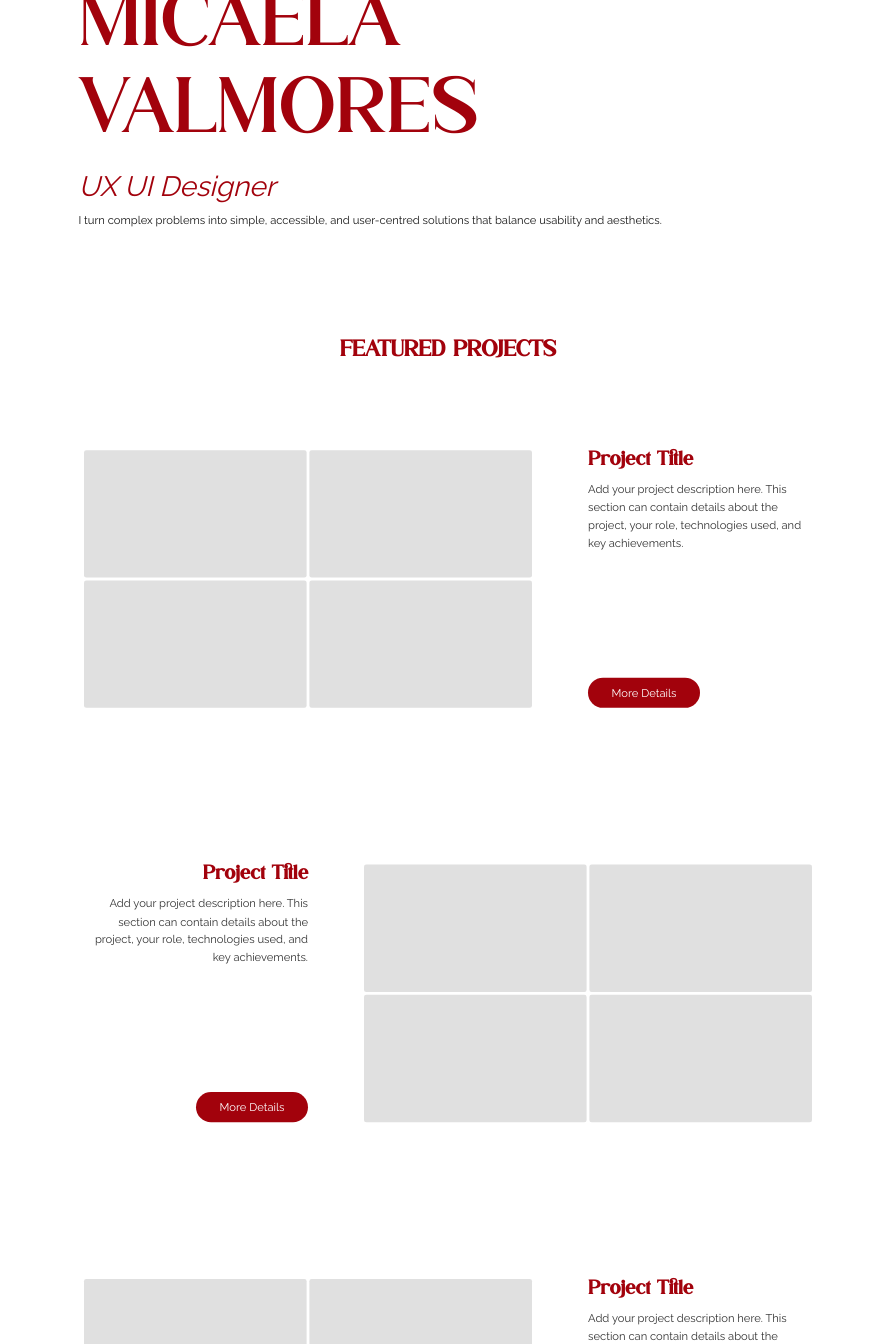
Repository: Micaelavalmores/Micaela-Portfolio
Page: /
The author's editor kept a copy of each file at every save. The page is drawn from the files as they stood at one save, then again after the next save.
The browser window is 1280 px wide. The pictures show the part of the page from y = 373 to 2293 px (the page is 2792 px tall before and 2808 px after), at 70% of full size.
The project was rebuilt for these pictures with package versions that can differ from the ones it lists, and the page was loaded fresh each time. The framework's server and built-in components were replaced by stand-ins that run in the browser. Also part of the build but not shown: next.config.mjs.

Above is the page before, as saved 2026-01-27 13:40:47.

### app/layout.js

import { Geist } from "next/font/google";
import { Raleway } from "next/font/google";
import "./globals.css";

const geistSans = Geist({
  variable: "--font-geist-sans",
  subsets: ["latin"],
});

const raleway = Raleway({
  variable: "--font-raleway",
  subsets: ["latin"],
});



export const metadata = {
  title: "Micaela Valmores",
  description: "Generated by create next app",
  icons: {
    icon: "/logos/micaela-logo.svg",
  },
};

export default function RootLayout({ children }) {
  return (
    <html lang="en">
      <body className={`${raleway.variable}`}>
        {children}
      </body>
    </html>
  );
}

### app/page.js
import Image from "next/image";
import styles from "./page.module.css";
import HomePage from "./home-page/page";

export default function Home() {
  return (
    <div className={styles.page}>
      <HomePage />
    </div>
  );
}

### app/globals.css
:root {
  --background: #ffffff;
  --foreground: #171717;
  --font-ghaista: 'Ghaista', var(--font-raleway);
}

@font-face {
  font-family: 'Ghaista';
  src: url('/fonts/Ghaitsa.ttf') format('truetype');
  font-weight: 400;
  font-style: normal;
  font-display: swap;
}

@media (prefers-color-scheme: dark) {
  :root {
    --background: #0a0a0a;
    --foreground: #ffffff;
  }
}

html,
body {
  max-width: 100vw;
  overflow-x: hidden;
}

body {
  color: var(--foreground);
  background: var(--background);
  font-family: var(--font-raleway);
  -webkit-font-smoothing: antialiased;
  -moz-osx-font-smoothing: grayscale;
}

* {
  box-sizing: border-box;
  padding: 0;
  margin: 0;
}

a {
  color: inherit;
  text-decoration: none;
}

@media (prefers-color-scheme: dark) {
  html {
    color-scheme: dark;
  }
}

/* Horizontal page margins */
body {
  margin-left: 10rem;
  margin-right: 10rem;
}

/* Tablet: screens between iPhone and iPad */
@media (min-width: 430px) and (max-width: 1024px) {
  body {
    margin-left: 4rem;
    margin-right: 4rem;
  }
}

/* iPad Pro 13in — reduce margins to 7rem */
@media (min-width: 1024px) and (max-width: 1366px) {
  body {
    margin-left: 7rem;
    margin-right: 7rem;
  }
}

/* Mobile horizontal margins: any width smaller than 430px */
@media (max-width: 430px) {
  body {
    margin-left: 3rem;
    margin-right: 3rem;
  }
}

### app/page.module.css
.page {
  --background: #ffffff;
  --foreground: #fff;

  --text-primary: #000;
  --text-secondary: #666;



  display: grid;
  grid-template-columns: 1fr;
  min-height: 100vh;
  font-family: var(--font-geist-sans);
  background-color: var(--background);
}

.Proj-sec {
  display: flex;
  flex-direction: column;
  align-items: center;
  gap: 2rem;
  padding: 2rem 0;
  background-color: #ffff;
  margin: 6rem 0;
  font-family: ghaista;
  color: #A2020C;
}

.intro-sec {
  display: flex;
  flex-direction: column;
  align-items: start;
  gap: 1rem;
  padding: 2rem 0;
  background-color: #ffff;
  margin: 7rem 0 0;
  /* border-bottom: solid 1px #A2020C; */
}

.intro-sec h1 {
  font-size: 7rem;
  font-weight: 500;
  margin: 0;
  font-family: ghaista;
  color: #A2020C;
}

.intro-greet {
  font-size: 2.5rem;
  font-weight: 400;
  color: #A2020C;
  font-family: raleway;
}

.intro-occu {
  padding-top: 1rem;
  font-size: 2.5rem;
  font-weight: 400;
  font-style: italic;
  color: #A2020C;
  font-family: raleway;
}

.main {
  display: flex;
  min-height: 100vh;
  width: 100%;
  max-width: 800px;
  flex-direction: column;
  align-items: flex-start;
  justify-content: space-between;
  background-color: var(--foreground);
  padding: 120px 60px;
}

.intro {
  display: flex;
  flex-direction: column;
  align-items: flex-start;
  text-align: left;
  gap: 24px;
}

.intro h1 {
  max-width: 320px;
  font-size: 40px;
  line-height: 48px;
  letter-spacing: -2.4px;
  text-wrap: balance;
  color: var(--text-primary);
}

.intro p {
  max-width: 440px;
  font-size: 18px;
  line-height: 32px;
  text-wrap: balance;
  color: var(--text-secondary);
}

.intro a {
  font-weight: 500;
  color: var(--text-primary);
}

.ctas {
  display: flex;
  flex-direction: row;
  width: 100%;
  max-width: 440px;
  gap: 16px;
  font-size: 14px;
}

.ctas a {
  display: flex;
  justify-content: center;
  align-items: center;
  height: 40px;
  padding: 0 16px;
  border-radius: 128px;
  border: 1px solid transparent;
  transition: 0.2s;
  cursor: pointer;
  width: fit-content;
  font-weight: 500;
}

a.primary {
  background: var(--text-primary);
  color: var(--background);
  gap: 8px;
}

a.secondary {
  border-color: var(--button-secondary-border);
}

/* Enable hover only on non-touch devices */
@media (hover: hover) and (pointer: fine) {
  a.primary:hover {
    background: var(--button-primary-hover);
    border-color: transparent;
  }

  a.secondary:hover {
    background: var(--button-secondary-hover);
    border-color: transparent;
  }
}

@media (max-width: 600px) {
  .main {
    padding: 48px 24px;
  }

  .intro {
    gap: 16px;
  }

  .intro h1 {
    font-size: 32px;
    line-height: 40px;
    letter-spacing: -1.92px;
  }
}

@media (prefers-color-scheme: dark) {
  .logo {
    filter: invert();
  }

  .page {
    --background: #000;
    --foreground: #000;

    --text-primary: #ededed;
    --text-secondary: #999;

    --button-primary-hover: #ccc;
    --button-secondary-hover: #1a1a1a;
    --button-secondary-border: #1a1a1a;
  }
}

### app/home-page/page.js
import Link from 'next/link'
import styles from '../page.module.css'
import FtProj from '../components/FtProj'
import Navbar from '../components/Navbar'

export default function HomePage() {
  return (
    <main className={styles.page}>
      <nav className='Nav-bar'>
        </nav>
      <Navbar />
      <div className={styles['intro-sec']}>
        <span className={styles['intro-greet']}>Hi, I am</span>
        <h1>MICAELA</h1>
        <h1>VALMORES</h1>
        <span className={styles['intro-occu']}>UX UI Designer</span>
        <p>I turn complex problems into simple, accessible, and user-centred solutions that balance usability and aesthetics.</p>
      </div>
      <div className={styles['Proj-sec']}>
        <h1>FEATURED PROJECTS</h1>
        <FtProj reversed={false}/>
        <FtProj reversed={true} />
        <FtProj reversed={false}/>
      </div>
    </main>
  )
}

### app/components/FtProj.js
'use client';

import styles from './FtProj.module.css';

/*
  HOW TO USE:
  The FtProj component has two layout states controlled by the reversed prop:
  1. Default (reversed={false}): Images on left, text on right (left-justified)
  2. Reversed (reversed={true}): Text on left (right-justified), images on right

  Layout changes can only be controlled in the backend by passing the reversed prop.
  Users cannot change the layout.

  Usage examples:
  <FtProj /> - Standard layout
  <FtProj reversed={true} /> - Reversed layout
*/

export default function FtProj({ reversed = false }) {
  return (
    <div className={`${styles.container} ${reversed ? styles.reversed : ''}`}>
      {/* Left Column - Text (if reversed) / Images (if standard) */}
      {!reversed ? (
        // Standard: Images on left
        <div className={styles.imagesColumn}>
          <div className={styles.imagePlaceholder}></div>
          <div className={styles.imagePlaceholder}></div>
          <div className={styles.imagePlaceholder}></div>
          <div className={styles.imagePlaceholder}></div>
        </div>
      ) : (
        // Reversed: Text on left
        <div className={styles.textColumn}>
          <div className={styles.textContent}>
            <h2>Project Title</h2>
            <p>Add your project description here. This section can contain details about the project, your role, technologies used, and key achievements.</p>
          </div>
          <button className={styles.projectButton}>More Details</button>
        </div>
      )}

      {/* Right Column - Text (if standard) / Images (if reversed) */}
      {!reversed ? (
        // Standard: Text on right
        <div className={styles.textColumn}>
          <div className={styles.textContent}>
            <h2>Project Title</h2>
            <p>Add your project description here. This section can contain details about the project, your role, technologies used, and key achievements.</p>
          </div>
          <button className={styles.projectButton}>More Details</button>
        </div>
      ) : (
        // Reversed: Images on right
        <div className={styles.imagesColumn}>
          <div className={styles.imagePlaceholder}></div>
          <div className={styles.imagePlaceholder}></div>
          <div className={styles.imagePlaceholder}></div>
          <div className={styles.imagePlaceholder}></div>
        </div>
      )}
    </div>
  );
}

### app/components/Navbar.js
import Link from "next/link";
import Image from "next/image";
import styles from "./Navbar.module.css";

export default function Navbar() {
  return (
    <nav className={styles.navbar}>
      <Link href="/" className={styles.logoContainer}>
        <Image
          src="/logos/logo-name.svg"
          alt="Micaela Valmores"
            width={70}
          height={80}
          priority
        />
      </Link>

      <ul className={styles.navLinks}>
        <li>
          <Link href="/">Home</Link>
        </li>
        <li>
          <Link href="/projects-page">Projects</Link>
        </li>
        <li>
          <Link href="/contact">Contact</Link>
        </li>
      </ul>
    </nav>
  );
}

### app/components/FtProj.module.css
.container {
  width: 65rem;
  height: 25rem;
  display: grid;
  grid-template-columns: 1fr 1fr;
  gap: 5rem;
  padding: 1rem 0;
  margin: 5rem 0;
}

.container.reversed {
  grid-template-columns: 1fr 1fr;
}

.reversed .textContent {
  text-align: right;
}

.reversed .textColumn {
  text-align: right;
}

.reversed .projectButton {
  justify-self: end;
}

.imagesColumn {
  display: grid;
  grid-template-columns: 1fr 1fr;
  gap: 0.2rem;
  width: 40rem;
}

.imagePlaceholder {
  width: 100%;
  height: 100%;
  background-color: #e0e0e0;
  border-radius: 0.2rem;
}

.textColumn {
  display: grid;
  grid-template-rows: 1fr auto;
  gap: 2rem;
}

.textContent {
  display: flex;
  flex-direction: column;
}

.textColumn h2 {
  margin: 0 0 1rem 0;
  font-size: 1.75rem;
  font-family: ghaista;
}

.textColumn p {
  margin: 0;
  line-height: 1.6;
  color: #333;
  font-size: 1rem;
  font-family: raleway;
}

.projectButton {
  align-self: start;
  width: 10rem;
  padding: 0.75rem 1.5rem;
  background-color: #A2020C;
  color: #fff;
  border: none;
  border-radius: 5rem;
  font-size: 1rem;
  cursor: pointer;
  font-family: raleway;
}

.projectButton:hover {
  background-color: #b62d36;
}

### app/components/Navbar.module.css
.navbar {
  display: flex;
  justify-content: space-between;
  width: 100%;
  align-items: center;
  padding: 2rem 2rem;
  background-color: #ffffff;
  position: sticky;
  top: 0;
  z-index: 1000;
}

.logoContainer {
  display: flex;
  justify-self: start;
}

.logoContainer:hover {
  opacity: 0.8;
}

.navLinks {
  display: flex;
  gap: 2rem;
  list-style: none;
  margin: 0;
  padding: 0;
  align-items: center;
}

.navLinks li {
  margin: 0;
}

.navLinks a {
  text-decoration: none;
  color: #A2020C;
  font-size: 1.25rem;
  font-weight: 500;
  transition: color 0.3s ease;
  position: relative;
  border: solid 1px #A2020C;
  border-radius: 3rem;
  padding: 0.50rem 1.75rem;
  font-family: ghaista;
}

.navLinks a:hover {
  color: #0070f3;
}



.navLinks a:hover::after {
  width: 100%;
}

/* Responsive design */
/* @media (max-width: 768px) {
  .navbar {
    padding: 1rem 1.5rem;
  }

  .navLinks {
    gap: 1.5rem;
  }

  .navLinks a {
    font-size: 0.9rem;
  }
} */

/* @media (max-width: 480px) {
  .navbar {
    padding: 0.75rem 1rem;
  }

  .navLinks {
    gap: 1rem;
  }

  .navLinks a {
    font-size: 0.85rem;
  }
} */

After the next save:
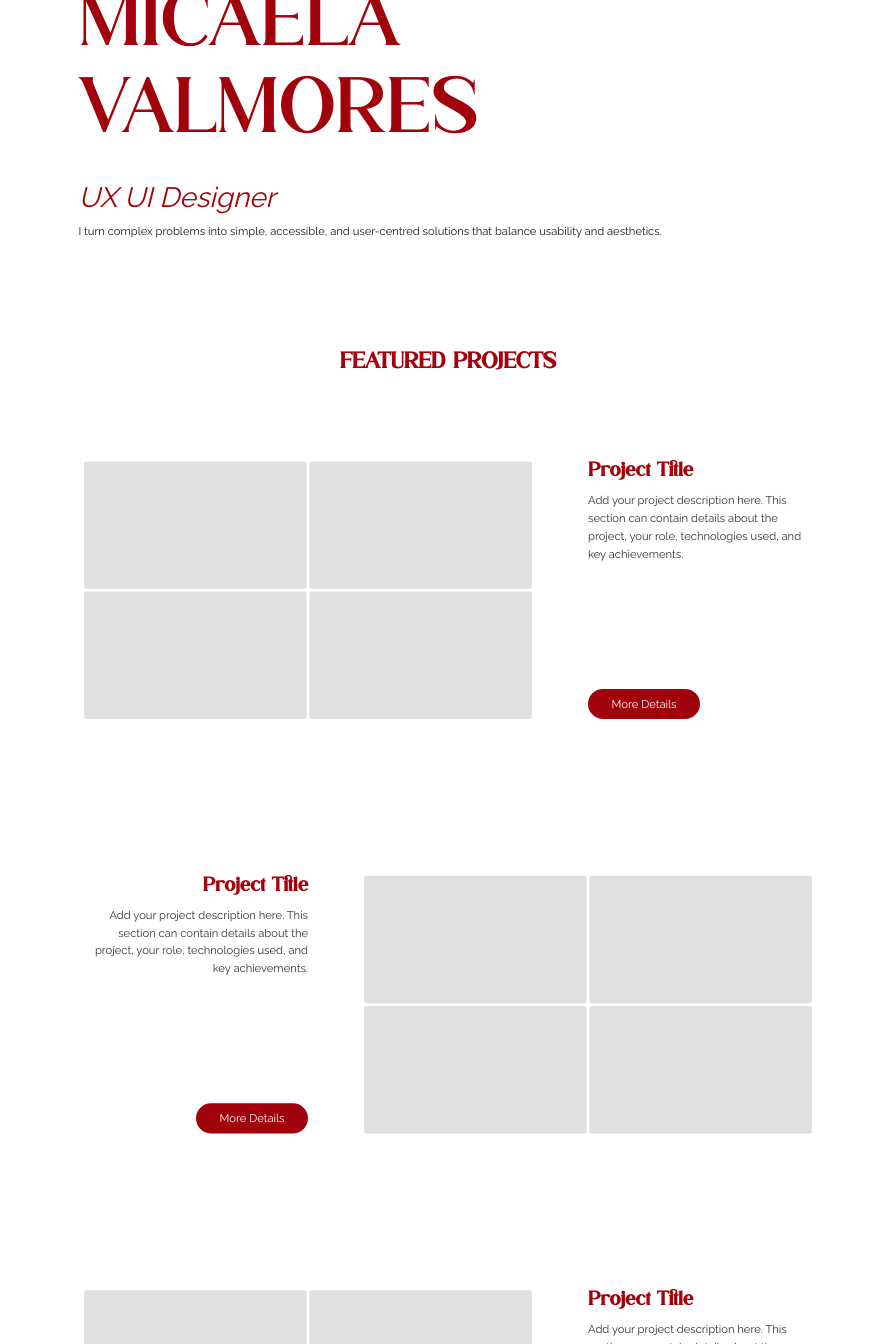
Saved 14 s later.
--- a/app/page.module.css
+++ b/app/page.module.css
@@ -53,7 +53,7 @@
 }
 
 .intro-occu {
-  padding-top: 1rem;
+  padding-top: 2rem;
   font-size: 2.5rem;
   font-weight: 400;
   font-style: italic;
